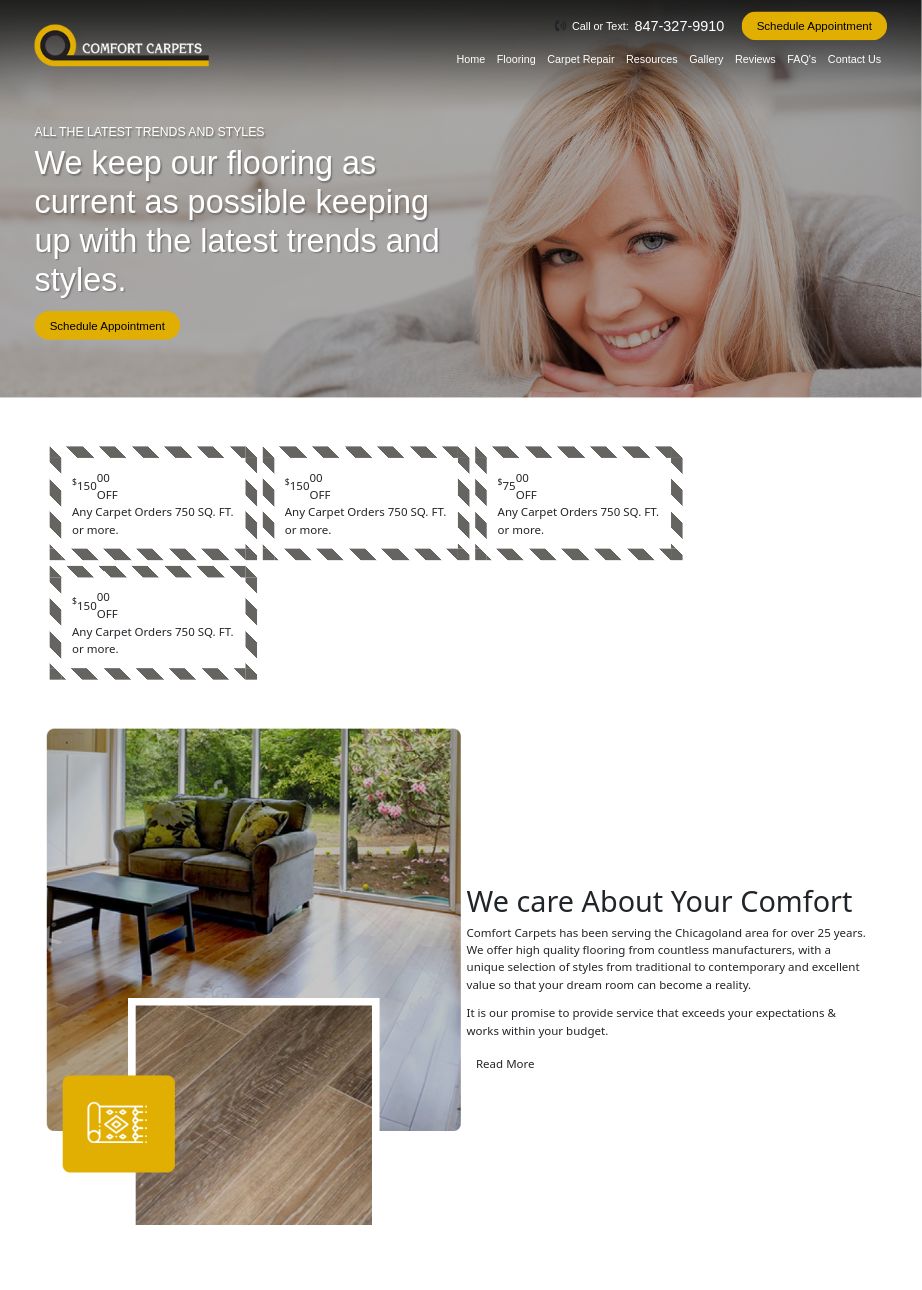
Repository: Ab-dur-Rehman/sscaseFolders
Page: index.html
The author's editor kept a copy of each file at every save. The page is drawn from the files as they stood at one save, then again after the next save.
The browser window is 1280 px wide. The pictures show the whole page, at 72% of full size.
Some web fonts or font styles are not loaded; a fallback is used.

Above is the page before, as saved 2022-12-26 10:15:04.

### index.html
<!doctype html>
<html lang="en">
  <head>
    <meta charset="utf-8">
    <meta name="viewport" content="width=device-width, initial-scale=1">
    <!-- Bootstrap CSS -->
    <link href="https://cdn.jsdelivr.net/npm/bootstrap@5.0.2/dist/css/bootstrap.min.css" rel="stylesheet" integrity="sha384-EVSTQN3/azprG1Anm3QDgpJLIm9Nao0Yz1ztcQTwFspd3yD65VohhpuuCOmLASjC" crossorigin="anonymous">
    <!-- Custom CSS -->
    <link rel="stylesheet" href="assets/css/style.css">
    <!-- FontAwesome -->
    <link rel="stylesheet" href="https://cdnjs.cloudflare.com/ajax/libs/font-awesome/6.2.1/css/all.min.css" integrity="sha512-MV7K8+y+gLIBoVD59lQIYicR65iaqukzvf/nwasF0nqhPay5w/9lJmVM2hMDcnK1OnMGCdVK+iQrJ7lzPJQd1w==" crossorigin="anonymous" referrerpolicy="no-referrer" />
    <!-- JQuery -->
    <script src="https://code.jquery.com/jquery-3.6.1.min.js" integrity="sha256-o88AwQnZB+VDvE9tvIXrMQaPlFFSUTR+nldQm1LuPXQ=" crossorigin="anonymous"></script>
    <!-- Bootstrap JS -->
    <script src="https://cdn.jsdelivr.net/npm/bootstrap@5.0.2/dist/js/bootstrap.bundle.min.js" integrity="sha384-MrcW6ZMFYlzcLA8Nl+NtUVF0sA7MsXsP1UyJoMp4YLEuNSfAP+JcXn/tWtIaxVXM" crossorigin="anonymous"></script>
    <!-- Custom Scripts -->
    <script type="module" src="assets/js/script.js"></script>

    <title>Comfort Carpets</title>
  </head>
  <body>
    <div class="col-lg-12 mx-auto main-wrapper">

      <header class="py-3 px-5 header-top">
        <div class="header-top-inner row gx-0 max-content d-flex flex-row align-items-center">
          <div class="col-md-3 logo-top mx-0 px-0">
            <a href="#"><img src="assets/images/logo.png" alt="logo"/></a>
          </div>
          <div class="col-md-9 header-left mx-0 px-0 py-0">
            <div class="top-call-info">
              <div class="top-call-info-inner d-flex flex-row justify-content-end align-items-center">
                <div class="top-call-info-inner-left px-4 d-flex flex-row align-items-center">
                  <i class="fa fa-volume-control-phone" aria-hidden="true"></i>
                  <span class="call-text px-2">Call or Text: </span>
                  <span class="call-number">847-327-9910</span>
                </div>
                <div class="top-call-info-inner-right">
                  <button type="button" class="btn btn-appointment">Schedule Appointment</button>
                </div>
              </div>
            </div>
            <div class="main-nav-wrapper">
              <nav class="navbar navbar-expand-lg navbar-light">
                <div class="container-fluid justify-content-end">
                  <button class="navbar-toggler" type="button" data-bs-toggle="collapse" data-bs-target="#navbarNav" aria-controls="navbarNav" aria-expanded="false" aria-label="Toggle navigation">
                    <span class="navbar-toggler-icon"></span>
                  </button>
                  <div class="collapse navbar-collapse justify-content-end" id="navbarNav">
                    <ul class="navbar-nav text-end">
                      <li class="nav-item">
                        <a class="nav-link active" aria-current="page" href="#">Home</a>
                      </li>
                      <li class="nav-item">
                        <a class="nav-link" href="#">Flooring</a>
                      </li>
                      <li class="nav-item">
                        <a class="nav-link" href="#">Carpet Repair</a>
                      </li>
                      <li class="nav-item">
                        <a class="nav-link" href="#">Resources</a>
                      </li>
                      <li class="nav-item">
                        <a class="nav-link" href="#">Gallery</a>
                      </li>
                      <li class="nav-item">
                        <a class="nav-link" href="#">Reviews</a>
                      </li>
                      <li class="nav-item">
                        <a class="nav-link" href="#">FAQ's</a>
                      </li>
                      <li class="nav-item">
                        <a class="nav-link" href="#">Contact Us</a>
                      </li>
                    </ul>
                  </div>
                </div>
              </nav>
            </div>
          </div>
        </div>
        <div class="header-bottom row gx-0 max-content d-flex flex-row align-items-center py-5 my-3">
          <div class="col-lg-6 banner-text mx-0 px-0">
            <div class="banner-text-inner">
              <h4 class="banner-title">All the latest trends and styles</h4>
              <p class="banner-sub">We keep our flooring as current as possible keeping up with the latest trends and styles.</p>
              <div class="top-call-info-inner-right">
                <button type="button" class="btn btn-appointment">Schedule Appointment</button>
              </div>
          </div>
          <div class="col-lg-6 mx-0 px-0"></div>
        </div>
      </header>
      <div class="header-bottom col-lg-12 mx-auto main-content-2">
        <div class="row gx-0 d-flex flex-row align-items-center py-5 my-3">
          <div class="tab-wrapper col-3 m-1">
            <div class="tab-price d-flex flex-row align-items-center">
              <sup>$</sup>150<span>00</br>OFF</span>
            </div>
            <span>Any Carpet Orders</span>
            <span>750 SQ. FT. or more.</span>
          </div>
          <div class="tab-wrapper col-3 m-1">
            <div class="tab-price d-flex flex-row align-items-center">
              <sup>$</sup>150<span>00</br>OFF</span>
            </div>
            <span>Any Carpet Orders</span>
            <span>750 SQ. FT. or more.</span>
          </div>
          <div class="tab-wrapper col-3 m-1">
            <div class="tab-price d-flex flex-row align-items-center">
              <sup>$</sup>75<span>00</br>OFF</span>
            </div>
            <span>Any Carpet Orders</span>
            <span>750 SQ. FT. or more.</span>
          </div>
          <div class="tab-wrapper col-3 m-1">
            <div class="tab-price d-flex flex-row align-items-center">
              <sup>$</sup>150<span>00</br>OFF</span>
            </div>
            <span>Any Carpet Orders</span>
            <span>750 SQ. FT. or more.</span>
          </div>
        </div>
      </div>
      <content class="col-12 main-content">
        <div class="content-top col-lg-12 mx-auto main-content-2">
          <div class="row gx-0 d-flex flex-row align-items-center my-3">
            <div class="cont-1-pic col-lg-6">
              <img src="assets/images/about.png" alt="Cont-1-pic"/>
            </div>
            <div class="cont-1-text col-lg-6">
              <div class="cont-1-text-inner px-2">
                <h1>We care About <span>Your Comfort</span></h1>
                <p>Comfort Carpets has been serving the Chicagoland area for over 25 years. We offer high quality flooring from countless manufacturers, with a unique selection of styles from traditional to contemporary and excellent value so that your dream room can become a reality.</p>
                <p>It is our promise to provide service that exceeds your expectations & works within your budget.</p>
                <button type="button" class="btn btn-read-more">Read More</button>
              </div>
            </div>
          </div>
        </div>
      </content>
      <footer class="row gx-0 py-3 px-5 footer-wrapper text-center mt-5">

      </footer>
    </div>
  </body>
</html>

### assets/css/style.css
@import url('https://fonts.googleapis.com/css2?family=Amiko:wght@400;600;700&family=Chivo:wght@400;500;600;700&display=swap');


img { width:100%;}
/* body { color:#fff;} */

/* font-family: 'Amiko', sans-serif;
font-family: 'Chivo', sans-serif; */

.logo-top img {
    max-width: 242px;
}
.max-content {
    max-width: 1200px;
    margin: 0 auto;
    width: 100%;
}
.main-content-2 {
    max-width: 1150px;
    margin: 0 auto;
    width: 100%;
}
.header-top {
    background:url(../images/bnr.png);
    background-position: top center;
    background-repeat: no-repeat;
    background-size:cover;
}
.btn-appointment {
    background: #e1af02;
    color: #000;
    font-family: 'Amiko', sans-serif;
    padding: 12px 20px 10px 20px;
    border-radius: 5px;
    font-size: 16px;
    font-weight: 500;
    border-radius: 40px;
    line-height: 1;
}
.call-text {
    font-size: 15px;
    font-weight: 400;
    font-family: 'Amiko', sans-serif;
    color: #fff;
}
.call-number {
    font-size: 20px;
    font-weight: 500;
    font-family: 'Chivo', sans-serif;
    color: #fff;
}
.nav-link {
    font-size: 15px;
    font-weight: 400;
    font-family: 'Amiko', sans-serif;
    color: #fff!important;
}

.banner-title {
    font-size: 17px;
    font-weight: 500;
    font-family: 'Amiko', sans-serif;
    color: #fff;
    line-height: 1;
    text-transform: uppercase;
    text-shadow: 2px 2px 2px #777371;
}
.banner-sub {
    font-size: 45px;
    font-weight: 400;
    font-family: 'Chivo', sans-serif;
    color: #fff;
    line-height: 1.2;
    text-shadow: 2px 2px 2px #777371;
}
.tab-wrapper {
    border: 10px solid transparent;
    padding: 15px;
    /* border-image: url(../images/31.png) 4% round; */
    /* border-image-outset: 10px 5px 15px 5px; */
    /* border-image-slice: 70; */
    /* border-image-source:url('../images/31.png');
    border-image-repeat: stretch;
    border-image-slice: 30;
    border-image-width: 50px;
    border-image-outset: 10px; */

    border: 16px solid transparent;
	border-image: 16 repeating-linear-gradient(45deg, #656461 0, #656461 1em, transparent 0, transparent 2em, #656461 0, #656461 3em, transparent 0, transparent 4em);

}

/* //Responsive */

@media only screen and (max-width: 1350px) {

}

@media only screen and (max-width: 1262px) and (min-width: 1024px) {

}
@media only screen and (max-width: 1023px) {

}
@media only screen and (max-width: 982px) {

}
@media only screen and (max-width: 685px) {

}
@media only screen and (max-width: 576px) {

}

### assets/js/script.js
//doughnut
// var ctxD = document.getElementById("doughnutChart").getContext('2d');
// var ctxD2 = document.getElementById("doughnutChart2").getContext('2d');
// var myLineChart = new Chart(ctxD, {
//   type: 'doughnut',
//   data: {
//     labels: ["Red", "Green"],
//     datasets: [{
//       data: [25, 75],
//       backgroundColor: ["#F7464A", "#46BFBD"],
//       hoverBackgroundColor: ["#FF5A5E", "#5AD3D1"]
//     }]
//   },
//   options: {
//   	responsive: true
//   }
// });

// var myLineChart2 = new Chart(ctxD2, {
//     type: 'doughnut',
//     data: {
//       labels: ["Red", "Green"],
//       datasets: [{
//         data: [25, 75],
//         backgroundColor: ["#F7464A", "#46BFBD"],
//         hoverBackgroundColor: ["#FF5A5E", "#5AD3D1"]
//       }]
//     },
//     options: {
//         responsive: true
//     }
//   });

$(".option-icon-right input:checkbox").change(function(){
    $(this).closest("li").toggleClass('selected', this.checked);
    $('li.selected .option-icon-right label span').text('On');
    $('li:not(.selected) .option-icon-right label span').text('Off');
});

After the next save:
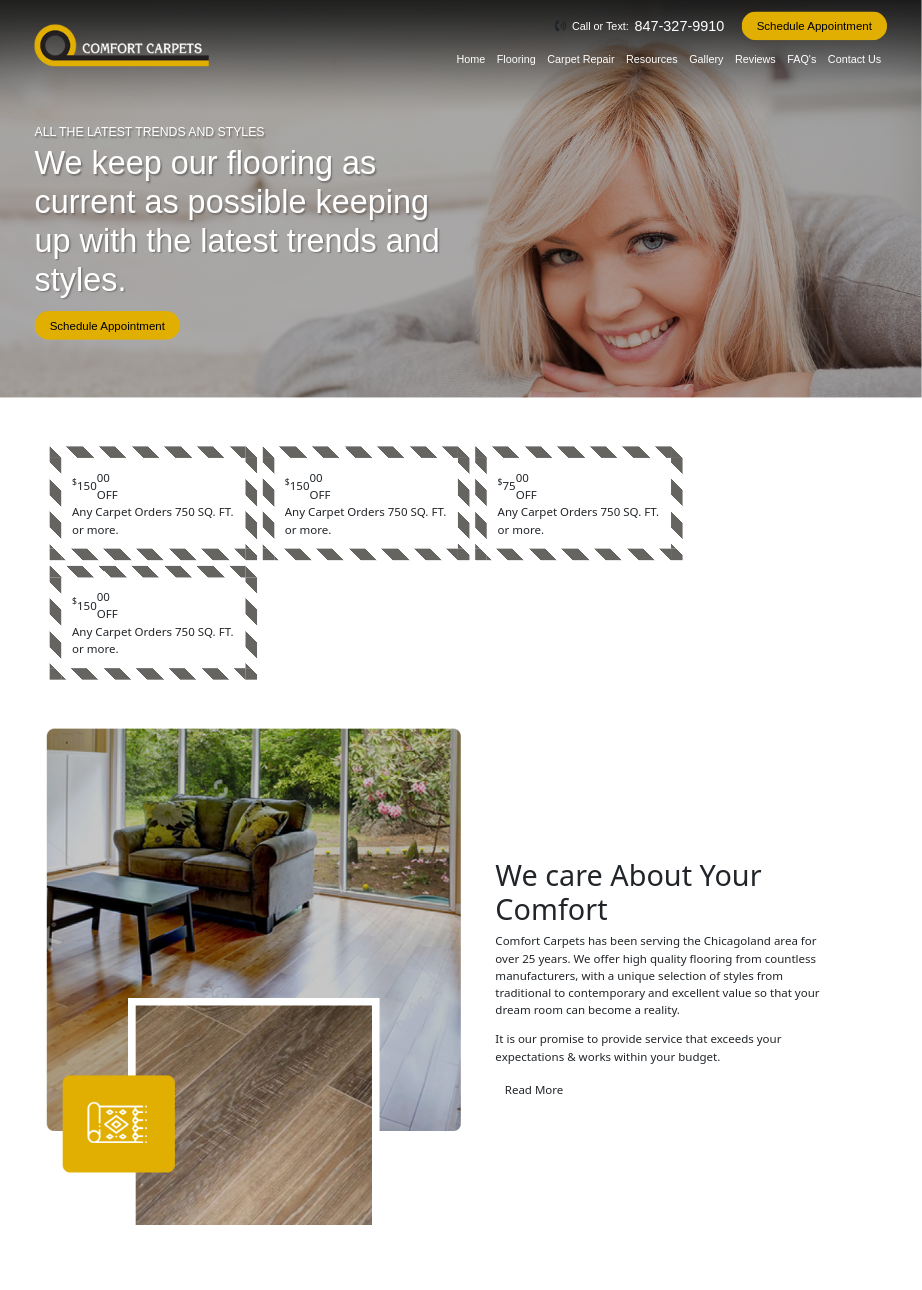
Saved 5 s later.
--- a/index.html
+++ b/index.html
@@ -129,7 +129,7 @@
               <img src="assets/images/about.png" alt="Cont-1-pic"/>
             </div>
             <div class="cont-1-text col-lg-6">
-              <div class="cont-1-text-inner px-2">
+              <div class="cont-1-text-inner px-5">
                 <h1>We care About <span>Your Comfort</span></h1>
                 <p>Comfort Carpets has been serving the Chicagoland area for over 25 years. We offer high quality flooring from countless manufacturers, with a unique selection of styles from traditional to contemporary and excellent value so that your dream room can become a reality.</p>
                 <p>It is our promise to provide service that exceeds your expectations & works within your budget.</p>
